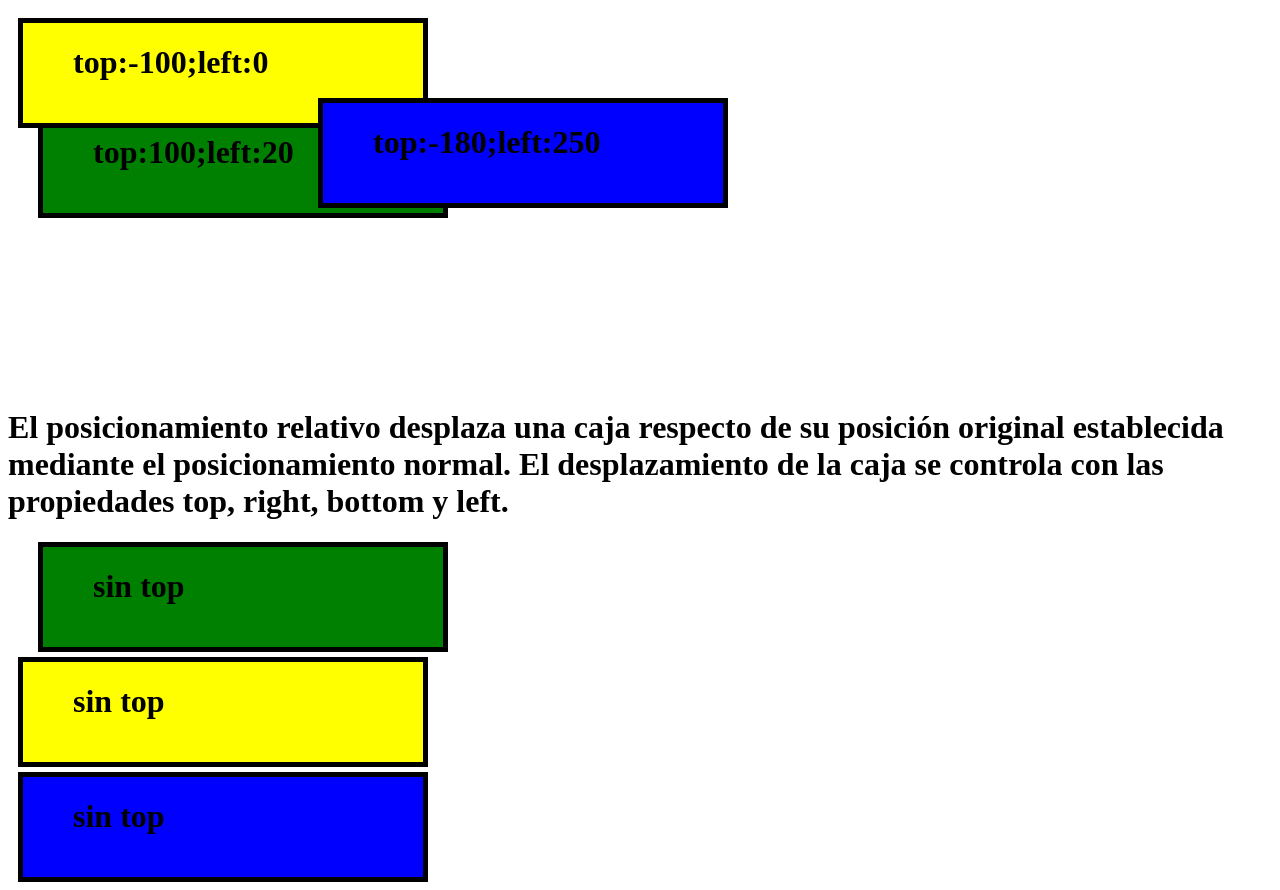
Repository: antonio63j/misNotas
Page: software/CSS/Demos/aptana_proyect/src/relativo.html
The author's editor kept a copy of each file at every save. The page is drawn from the files as they stood at one save, then again after the next save.
The browser window is 1280 px wide. The pictures show the whole page.

Above is the page before, as saved 2017-04-23 17:34:31.

### software/CSS/Demos/aptana_proyect/src/relativo.html
<!DOCTYPE html>
<html>
<head>
<style>

#caja1 {
  position:relative;
  top:100px;
  left:20px;
  width: 300px;
  height:100px;
  padding-left:  50px;
  padding-right: 50px;
  margin-left:   10px;
  margin-right:  10px;
  border: 5px solid black;
  padding-top: 0px;
  background-color:green;
}

#caja2 {
  position:relative;
  top:-100px;
  width: 300px;
  height:100px;
  padding-left:  50px;
  padding-right: 50px;
  margin-left:   10px;
  margin-right:  10px;
  border: 5px solid black;
  margin-bottom:50px;
  background-color:yellow;
}

#caja3 {
  position:relative;
  top:-180px;
  width: 300px;
  left:300px;
  height:100px;
  padding-left:  50px;
  padding-right: 50px;
  margin-left:   10px;
  margin-right:  10px;
  border: 5px solid black;
  margin-bottom:10px;
  background-color: blue;
}

#caja11 {
  position:relative;

  left:20px;
  width: 300px;
  height:100px;
  padding-left:  50px;
  padding-right: 50px;
  margin-left:   10px;
  margin-right:  10px;
  border: 5px solid black;
  padding-top: 0px;
  margin-bottom:5px;
  background-color:green;
}

#caja22 {
  position:relative;

  width: 300px;
  height:100px;
  padding-left:  50px;
  padding-right: 50px;
  margin-left:   10px;
  margin-right:  10px;
  border: 5px solid black;
  margin-bottom:5px;
  background-color:yellow;
}

#caja33 {
  position:relative;

  width: 300px;
  height:100px;
  padding-left:  50px;
  padding-right: 50px;
  margin-left:   10px;
  margin-right:  10px;
  border: 5px solid black;
  margin-bottom:0px;
    margin-bottom:5px;
  background-color: blue;
}


</style>
</head>



<body>

<div id="caja1"><h1>top:100;left:20</h1></div>
<div id="caja2"><h1>top:-100;left:0</h1></div>
<div id="caja3"><h1>top:-180;left:250</h1></div>

<h1>El posicionamiento relativo desplaza una caja respecto de su posición original establecida mediante el posicionamiento normal. El desplazamiento de la caja se controla con las propiedades top, right, bottom y left.</h1>

<div id="caja11"><h1>sin top</h1></div>
<div id="caja22"><h1>sin top</h1></div>
<div id="caja33"><h1>sin top</h1></div>

</body>

</html>

After the next save:
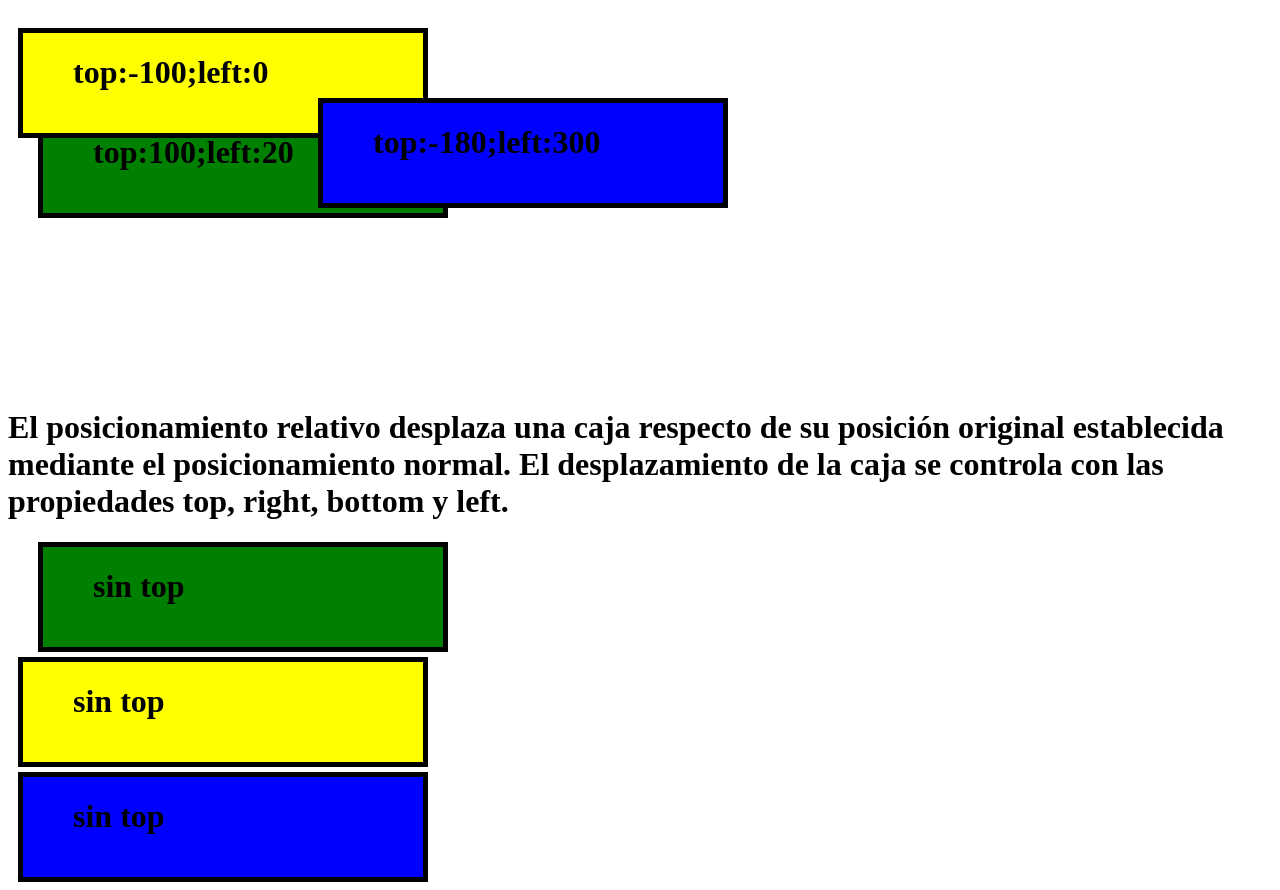
Saved 77 s later.
--- a/software/CSS/Demos/aptana_proyect/src/relativo.html
+++ b/software/CSS/Demos/aptana_proyect/src/relativo.html
@@ -20,7 +20,7 @@
 
 #caja2 {
   position:relative;
-  top:-100px;
+  top:-90px;
   width: 300px;
   height:100px;
   padding-left:  50px;
@@ -102,7 +102,7 @@
 
 <div id="caja1"><h1>top:100;left:20</h1></div>
 <div id="caja2"><h1>top:-100;left:0</h1></div>
-<div id="caja3"><h1>top:-180;left:250</h1></div>
+<div id="caja3"><h1>top:-180;left:300</h1></div>
 
 <h1>El posicionamiento relativo desplaza una caja respecto de su posición original establecida mediante el posicionamiento normal. El desplazamiento de la caja se controla con las propiedades top, right, bottom y left.</h1>
 
